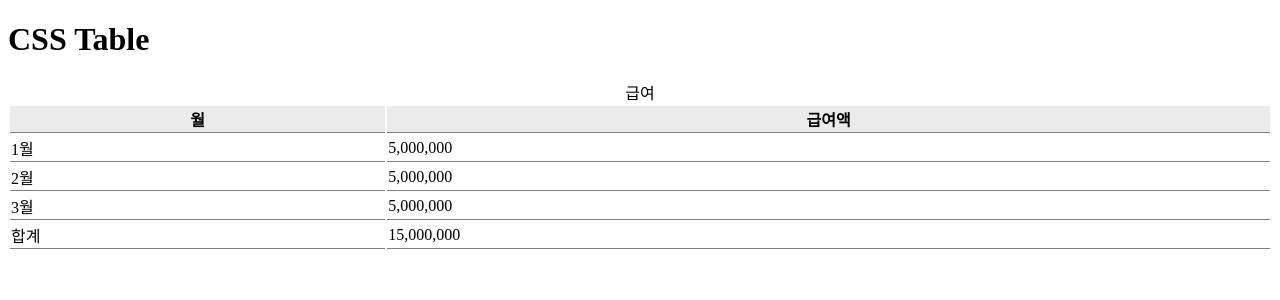
Repository: XenosJM/WEB_CODES
Page: Web02_CSS/src/main/webapp/10_table.html
An editor plug-in stored every save of this project. The page is shown before and after the next save, followed by the edit.
The browser window is 1280 px wide. The pictures show the whole page.

Above is the page before, as saved 2024-03-20 01:18:32.

After the next save:
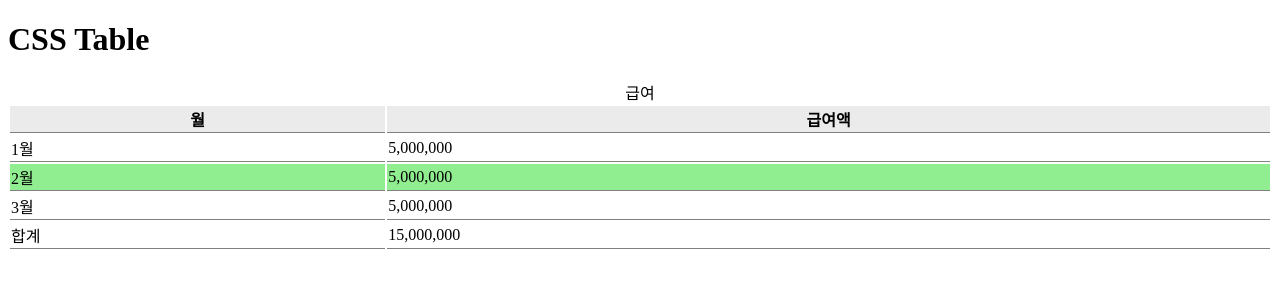
Saved 90 s later.
--- a/Web02_CSS/src/main/webapp/10_table.html
+++ b/Web02_CSS/src/main/webapp/10_table.html
@@ -15,7 +15,7 @@ thead tr {
 }
 
 tbody tr:nth-child(even) {
-	background: lightgree;
+	background: lightgreen;
 }
 tbody tr:hover{
 	background: lightpink;
